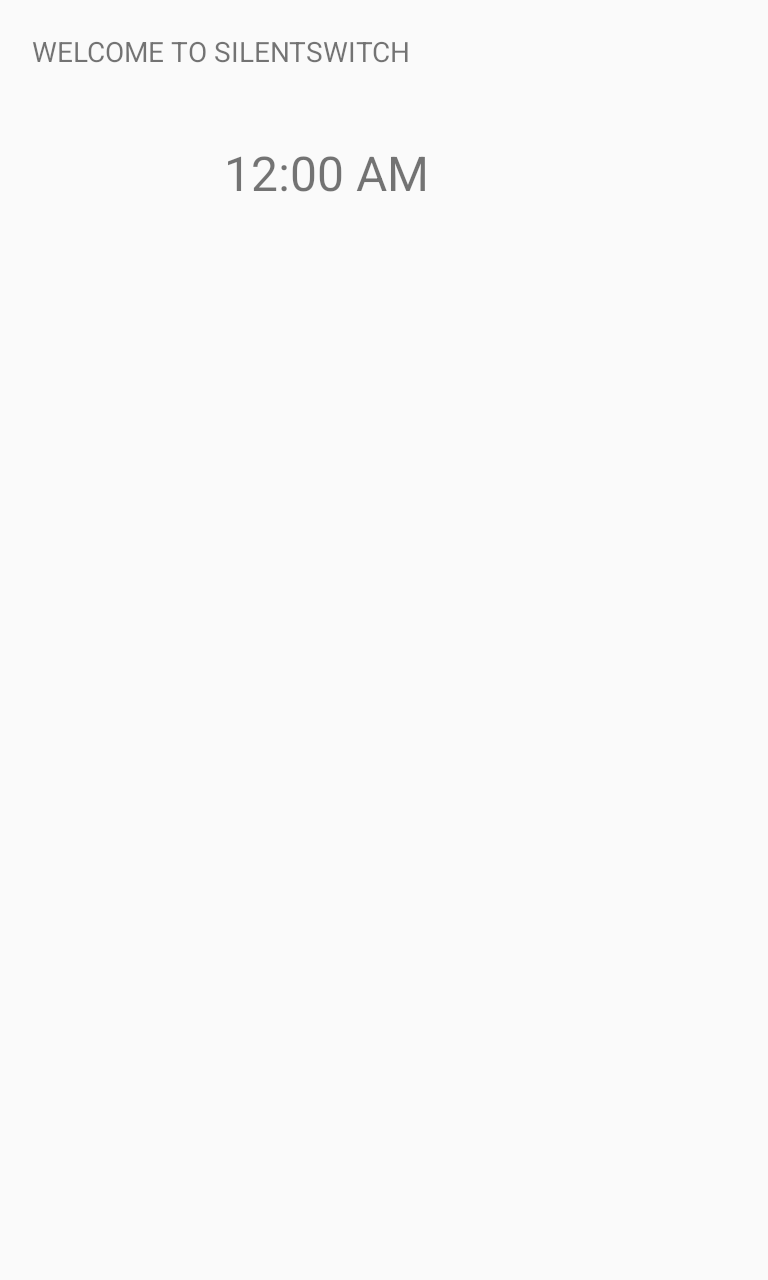
Repository: karakor/SilentSwitch2
Layout: SilentSwitch/res/layout/activity_alarm.xml
The author's editor kept a copy of each file at every save. The layout is drawn from the files as they stood at one save, then again after the next save.
It is drawn on a 768 x 1280 px phone screen (xhdpi) without system bars, with theme AppTheme; the app's code is not run.

Above is the layout before, as saved 2015-03-02 10:43:30.

### SilentSwitch/res/layout/activity_alarm.xml
<RelativeLayout xmlns:android="http://schemas.android.com/apk/res/android"
    xmlns:tools="http://schemas.android.com/tools"
    android:layout_width="match_parent"
    android:layout_height="match_parent"
    android:paddingBottom="@dimen/activity_vertical_margin"
    android:paddingLeft="@dimen/activity_horizontal_margin"
    android:paddingRight="@dimen/activity_horizontal_margin"
    android:paddingTop="@dimen/activity_vertical_margin"
    tools:context="com.example.silentswitch.AlarmScreen" >

    <TextView
        android:id="@+id/textView1"
        android:layout_width="wrap_content"
        android:layout_height="wrap_content"
        android:text="@string/hello_world" />

    <DigitalClock
        android:id="@+id/digitalClock1"
        android:layout_width="wrap_content"
        android:layout_height="wrap_content"
        android:layout_below="@+id/textView1"
        android:layout_centerHorizontal="true"
        android:layout_centerVertical="true"
        android:layout_marginTop="35dp"
        android:text="@string/digital_clc"
        android:textSize="24sp"
        android:width="160dp" />

</RelativeLayout>

### SilentSwitch/res/values/strings.xml
<?xml version="1.0" encoding="utf-8"?>
<resources>

    <string name="app_name">SilentSwitch</string>
    <string name="hello_world">WELCOME TO SILENTSWITCH</string>
    <string name="action_settings">Settings</string>
    <string name="Alarm_btn">ALARM</string>
    <string name="Map_btn">MAP</string>
    <string name="title_activity_map__screen">Map_Screen</string>
    <string name="btn_City">City</string>
    <string name="str_rb_normal">Normal</string>
    <string name="str_rb_satellite">Satellite</string>
    <string name="menu_settings">Settings</string>
    <string name="str_rb_terrain">Terrain</string>
    <string name="title_activity_alarm_screen">AlarmScreen</string>
    <string name="digital_clc"/>

</resources>

Loaded but not shown: SilentSwitch/res/values/styles.xml (common file); SilentSwitch/res/values-v11/styles.xml (common file); SilentSwitch/res/values-v14/styles.xml (common file); SilentSwitch/res/values/dimens.xml (common file); SilentSwitch/res/values-w820dp/dimens.xml (common file)

After the next save:
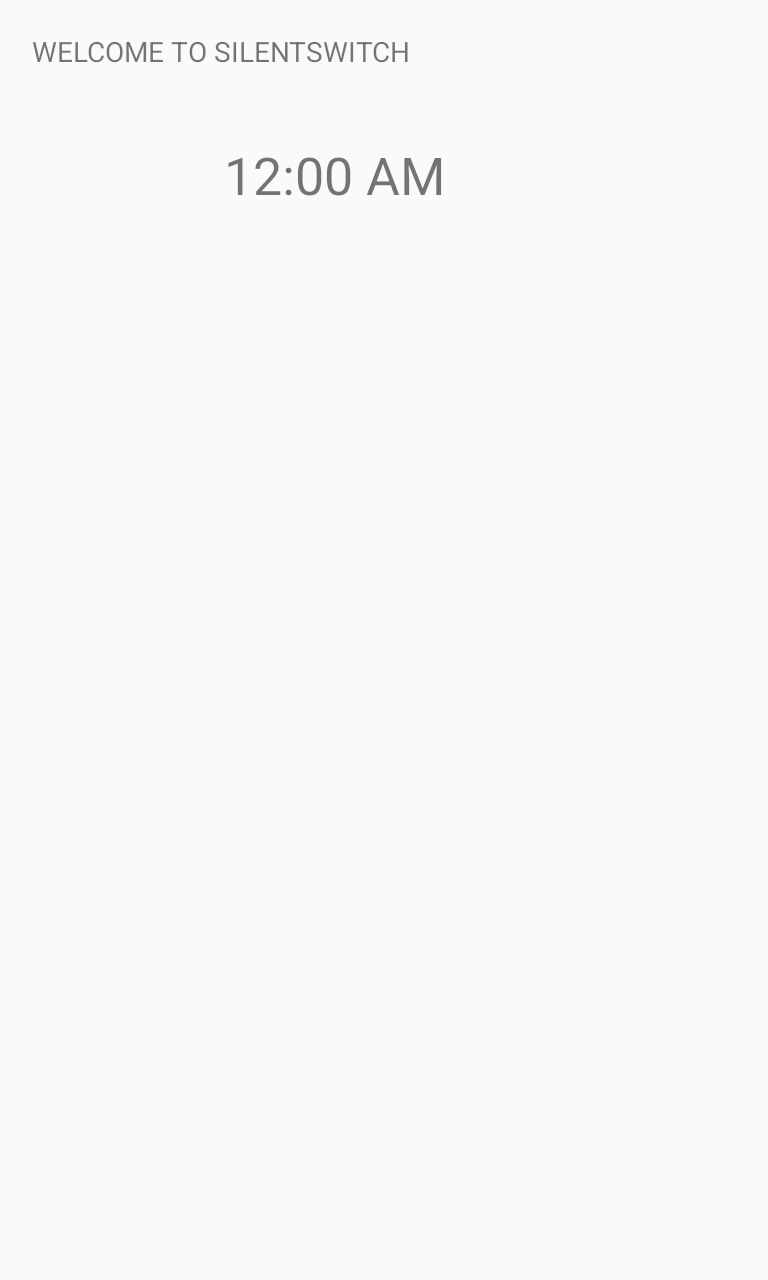
Saved 2 min 5 s later.
--- a/SilentSwitch/res/layout/activity_alarm.xml
+++ b/SilentSwitch/res/layout/activity_alarm.xml
@@ -22,8 +22,9 @@
         android:layout_centerHorizontal="true"
         android:layout_centerVertical="true"
         android:layout_marginTop="35dp"
+        android:shadowColor="@color/abc_search_url_text"
         android:text="@string/digital_clc"
-        android:textSize="24sp"
+        android:textSize="26sp"
         android:width="160dp" />
 
 </RelativeLayout>
